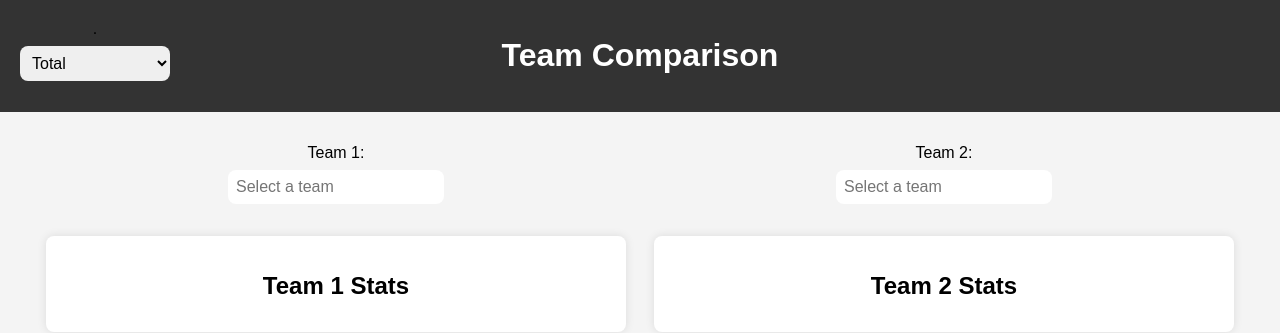
Repository: Enzo-py/dataviz-project-m1
Page: stat_page.html
An editor plug-in stored every save of this project. The page is shown before and after the next save, followed by the edit.
The browser window is 1280 px wide. The pictures show the whole page.
Some web fonts or font styles are not loaded; a fallback is used.

Above is the page before, as saved 2024-12-12 15:51:20.

After the next save:
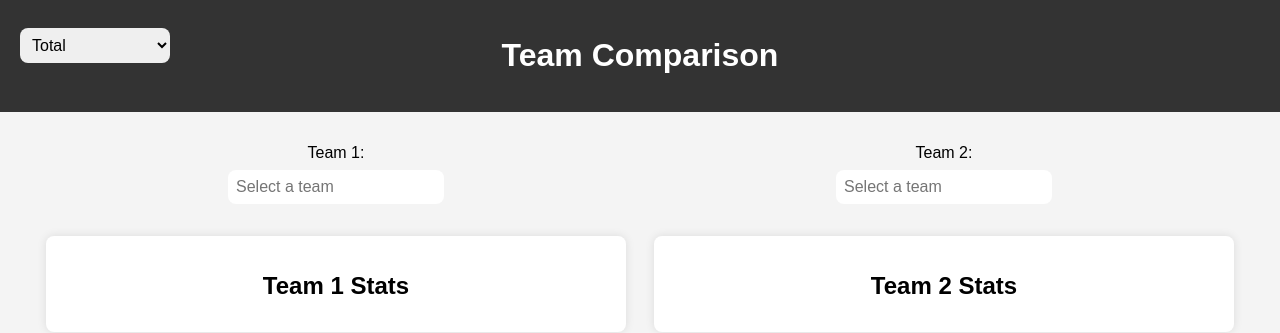
Saved 4 s later.
--- a/stat_page.html
+++ b/stat_page.html
@@ -12,7 +12,7 @@
 <body>
     <!-- Place the season selector at the top left corner -->
     <div class="season">
-        <label for="season"> .</label>
+        <label for="season"></label>
         <select id="season">
             <option value="total">Total</option>
             <option value="2021-2022">2021-2022</option>
